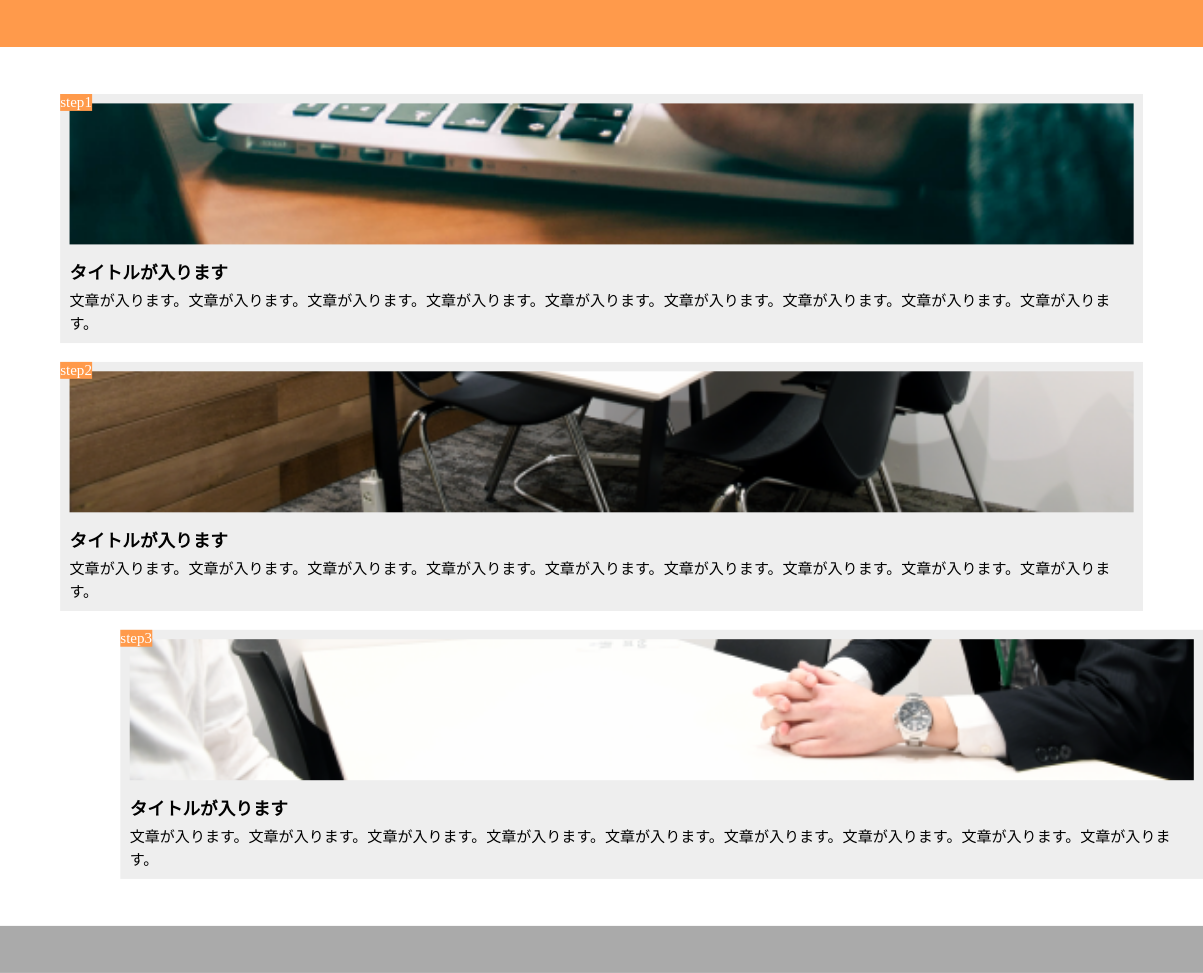
Repository: GAFAMONLINE/kadai
Page: 課題/index.html
The author's editor kept a record of every edit. The page is drawn from the files as they stood at one moment, then again after the next edit.
The browser window is 1280 px wide. The pictures show the whole page, at 94% of full size.

Above is the page before.

After the next edit:
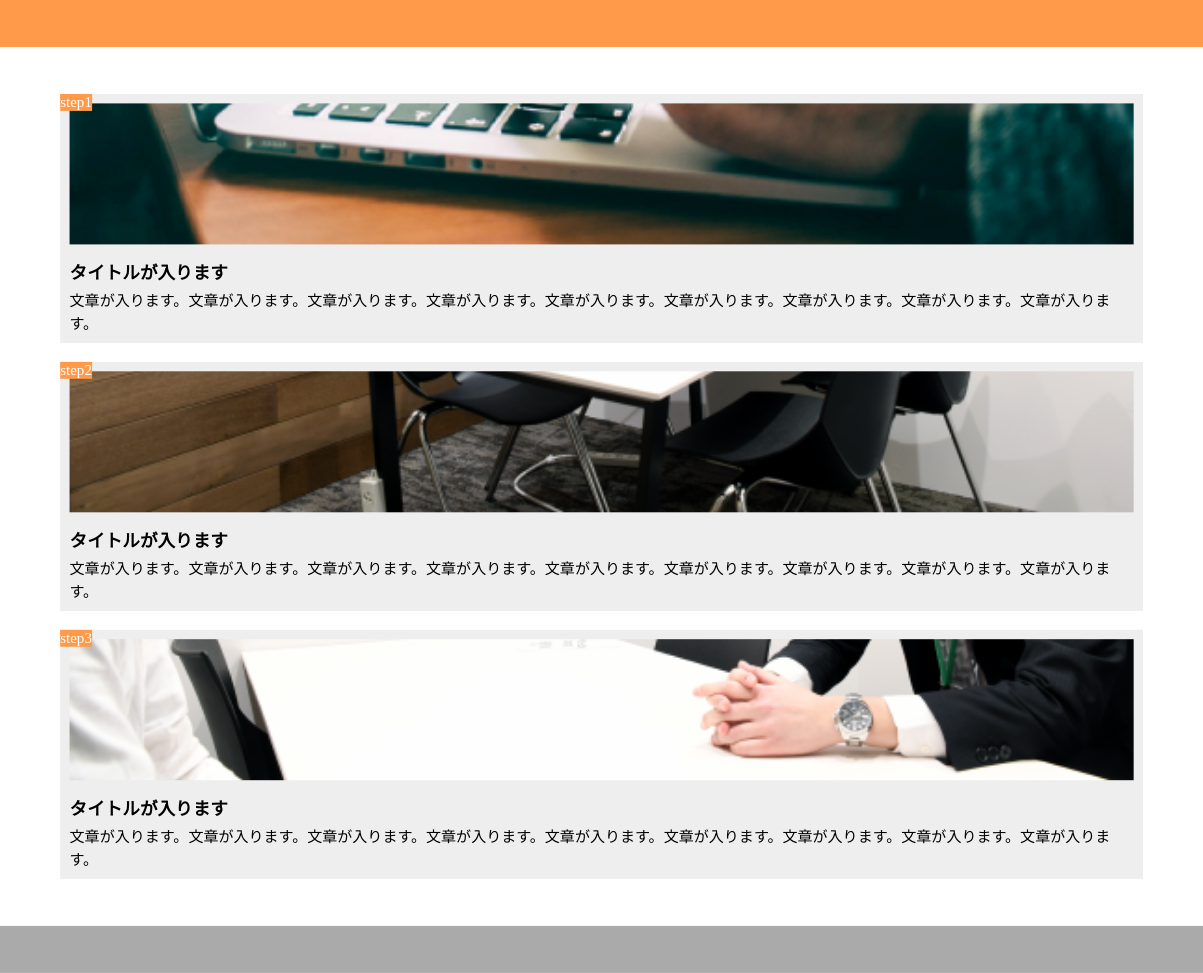
The edit:
--- a/課題/style.css
+++ b/課題/style.css
@@ -92,4 +92,8 @@
 margin: 20px auto;
 }
 
+.step-box:last-child {
+ margin: 0 auto;
+}
+
 }いち　それぞれの余白を作るのはどうする…？　に　幅を90％にするには？
